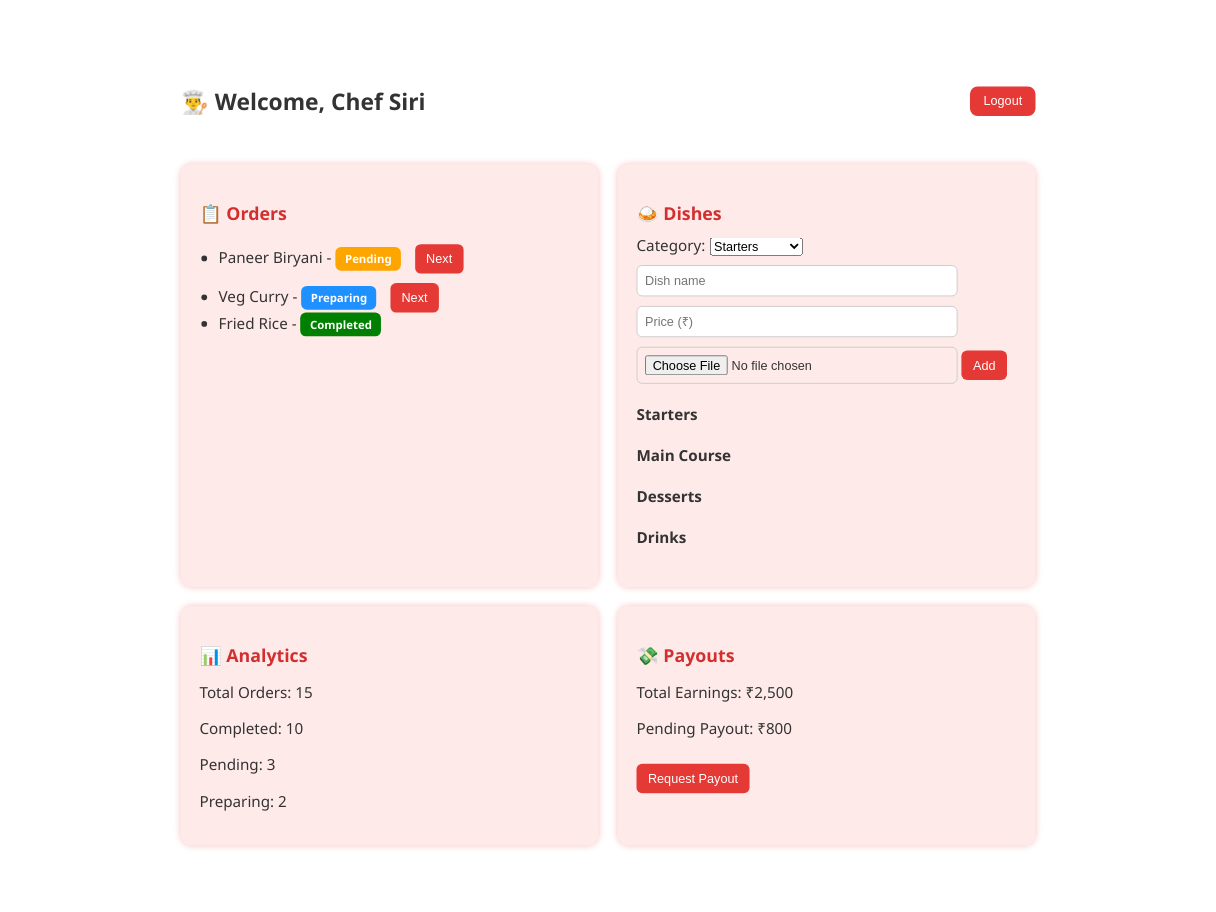
Repository: 1Siri7/chef
Page: dashboard.html
An editor plug-in stored every save of this project. The page is shown before and after the next save, followed by the edit.
The browser window is 1280 px wide. The pictures show the whole page, at 95% of full size.

Above is the page before, as saved 2025-07-29 18:43:15.

After the next save:
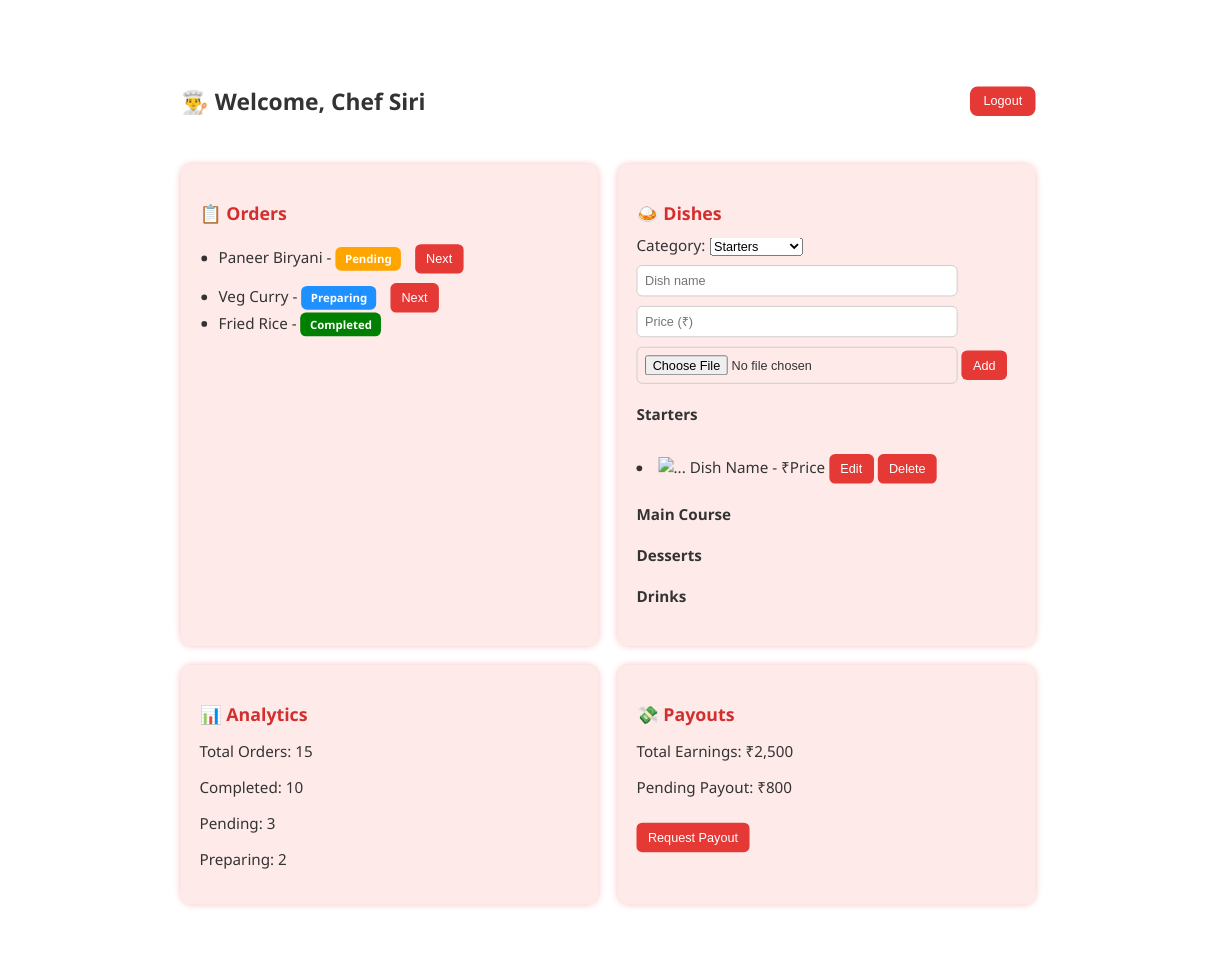
Not found: ...
Saved 13 s later.
--- a/dashboard.html
+++ b/dashboard.html
@@ -41,6 +41,12 @@
 
         <h4>Starters</h4>
         <ul id="startersList"></ul>
+        <li>
+  <img src="..." alt="..." />
+  Dish Name - ₹Price
+  <button onclick='editDish(this)'>Edit</button>
+  <button onclick='deleteDish(this)'>Delete</button>
+</li>
 
 
         <h4>Main Course</h4>

After the 5 saves that followed:
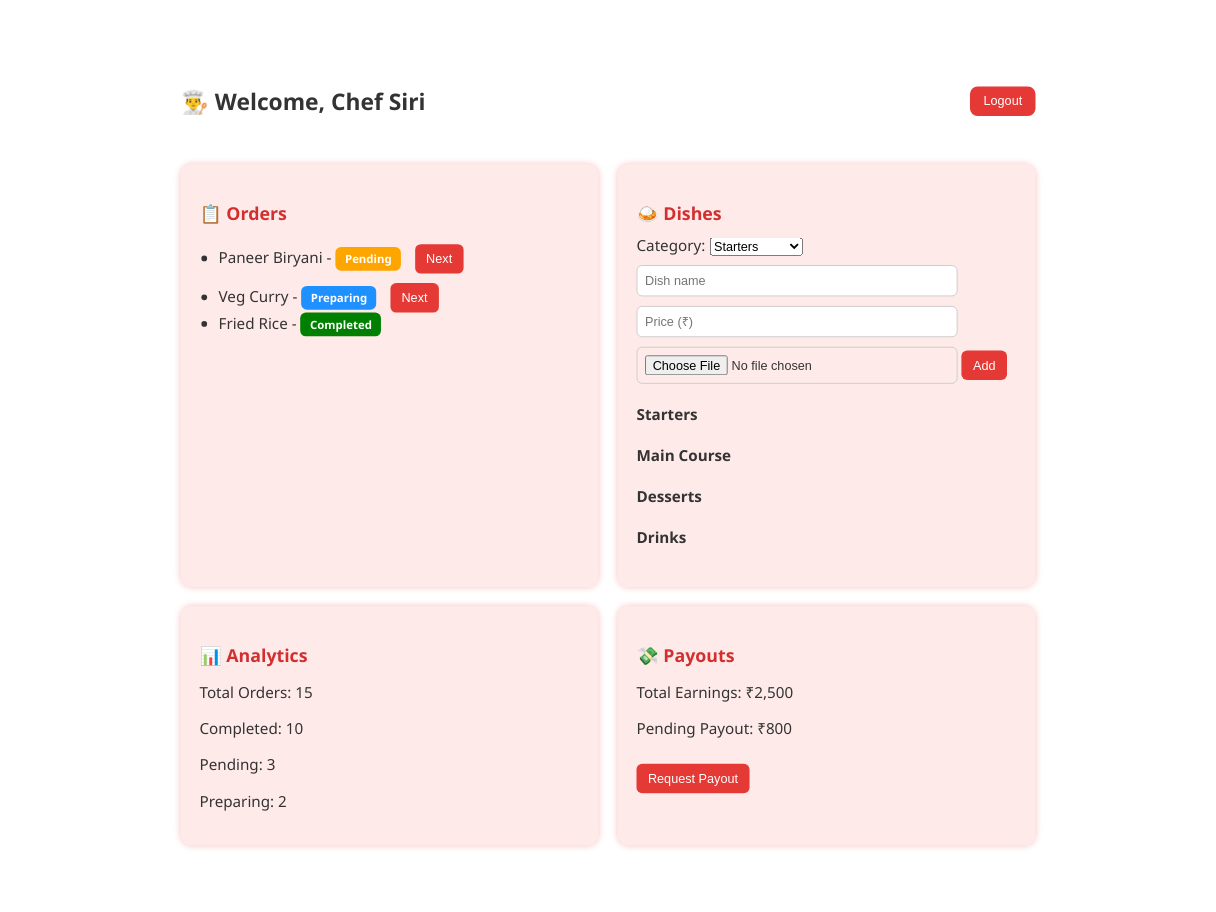
The 5 saves are shown as one change because 3 left the picture as it was and some came seconds apart.
The last was saved 10 min 45 s later.
--- a/dashboard.html
+++ b/dashboard.html
@@ -41,13 +41,6 @@
 
         <h4>Starters</h4>
         <ul id="startersList"></ul>
-        <li>
-  <img src="..." alt="..." />
-  Dish Name - ₹Price
-  <button onclick='editDish(this)'>Edit</button>
-  <button onclick='deleteDish(this)'>Delete</button>
-</li>
-
 
         <h4>Main Course</h4>
         <ul id="main-courseList"></ul>
--- a/script.js
+++ b/script.js
@@ -113,32 +113,42 @@ function previewImage(input) {
 }
 function editDish(button) {
   const li = button.parentElement;
-  const textNodes = Array.from(li.childNodes).filter(
-    node => node.nodeType === Node.TEXT_NODE && node.textContent.trim().includes("₹")
+
+  // Get the text inside the li excluding buttons and image
+  const children = Array.from(li.childNodes);
+  const img = li.querySelector("img");
+  const textNode = children.find(
+    (node) =>
+      node.nodeType === Node.TEXT_NODE && node.textContent.includes("₹")
   );
 
-  if (textNodes.length === 0) {
-    alert("Dish info not found.");
+  if (!textNode) {
+    alert("Could not find dish name and price text.");
     return;
   }
 
-  const oldText = textNodes[0].textContent.trim(); // "Dish - ₹100"
-  const [oldName, oldPrice] = oldText.split(" - ₹");
+  const dishText = textNode.textContent.trim(); // like "seeeseee - ₹55"
+  const parts = dishText.split(" - ₹");
+  if (parts.length !== 2) {
+    alert("Unexpected text format.");
+    return;
+  }
 
-  const newName = prompt("Edit Dish Name:", oldName);
-  const newPrice = prompt("Edit Dish Price:", oldPrice);
+  const currentName = parts[0];
+  const currentPrice = parts[1];
+
+  const newName = prompt("Edit dish name:", currentName);
+  const newPrice = prompt("Edit dish price:", currentPrice);
 
   if (newName && newPrice) {
-    const img = li.querySelector("img");
-    const imgSrc = img ? img.src : "";
-
-    // Clear li
+    // Clear the li first
     li.innerHTML = "";
 
-    // Add image again
-    if (imgSrc) {
+    // Re-add image if exists
+    if (img) {
       const newImg = document.createElement("img");
-      newImg.src = imgSrc;
+      newImg.src = img.src;
+      newImg.alt = newName;
       newImg.style.maxWidth = "100px";
       newImg.style.display = "block";
       newImg.style.marginBottom = "5px";
@@ -146,21 +156,18 @@ function editDish(button) {
     }
 
     // Add updated text
-    li.appendChild(document.createTextNode(`${newName} - ₹${newPrice}`));
+    li.appendChild(document.createTextNode(`${newName} - ₹${newPrice} `));
 
-    // Add buttons again
+    // Add Edit button
     const editBtn = document.createElement("button");
-    editBtn.textContent = "Edit";
-    editBtn.onclick = function () {
-      editDish(editBtn);
-    };
+    editBtn.innerText = "Edit";
+    editBtn.onclick = () => editDish(editBtn);
     li.appendChild(editBtn);
 
+    // Add Delete button
     const deleteBtn = document.createElement("button");
-    deleteBtn.textContent = "Delete";
-    deleteBtn.onclick = function () {
-      deleteDish(deleteBtn);
-    };
+    deleteBtn.innerText = "Delete";
+    deleteBtn.onclick = () => deleteDish(deleteBtn);
     li.appendChild(deleteBtn);
   }
 }
